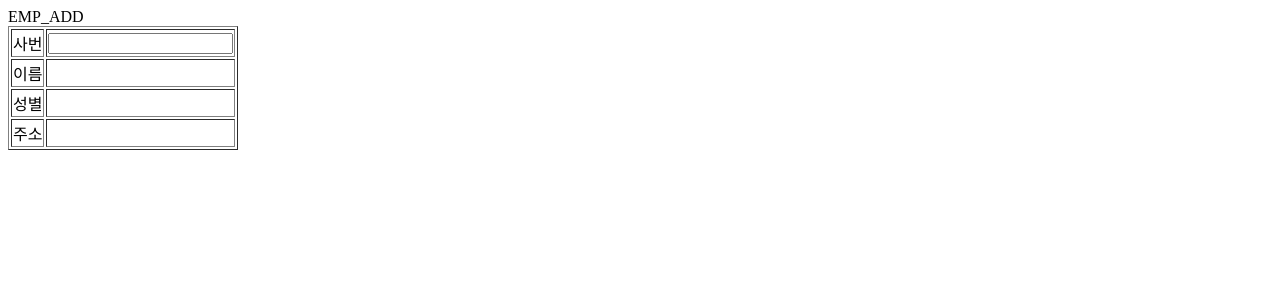
Repository: YOUNARAE/Python
Page: HELLO_PYTHON/day10/templates/emp_add.html
An editor plug-in stored every save of this project. The page is shown before and after the next save, followed by the edit.
The browser window is 1280 px wide. The pictures show the whole page.

Above is the page before, as saved 2022-12-07 02:12:07.

### HELLO_PYTHON/day10/templates/emp_add.html
<!DOCTYPE html>
<html>
<head>
<meta charset="UTF-8">
<title>EMP ADD</title>
</head>
<body>
EMP_ADD
	<form>
		<table border="1">
			<tr>
				<td>사번</td>
				<td><input type="text" name="" value=""></td>
			</tr>
			<tr>
				<td>이름</td>
				<td></td>
			</tr>
			<tr>
				<td>성별</td>
				<td></td>
			</tr>
			<tr>
				<td>주소</td>
				<td></td>
			</tr>
		</table>
	</form>
</body>
</html>

After the next save:
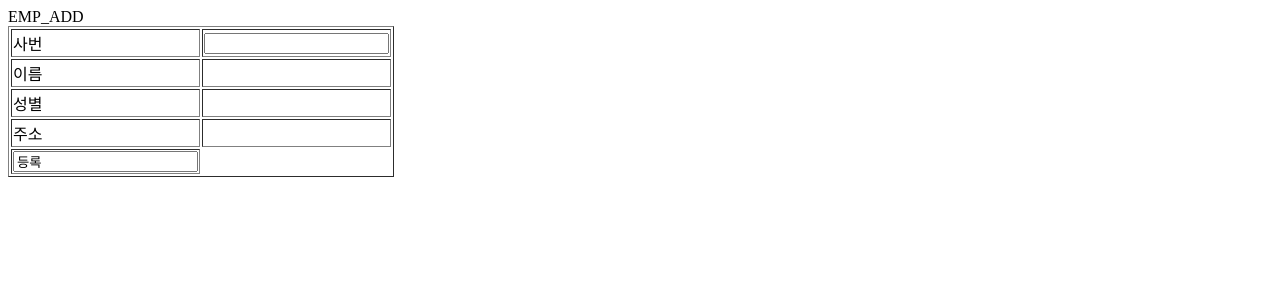
Saved 25 s later.
--- a/HELLO_PYTHON/day10/templates/emp_add.html
+++ b/HELLO_PYTHON/day10/templates/emp_add.html
@@ -24,6 +24,9 @@ EMP_ADD
 				<td>주소</td>
 				<td></td>
 			</tr>
+			<tr>
+				<td><input tyep="button" value="등록"></td>
+			</tr>
 		</table>
 	</form>
 </body>
